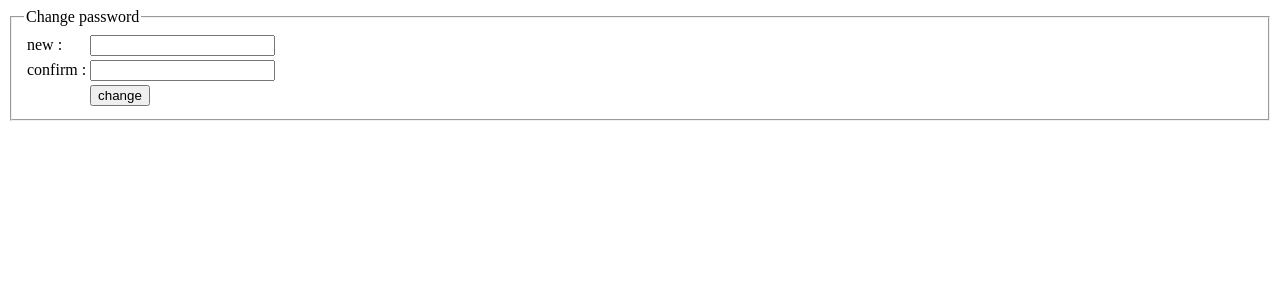
Repository: ashwinibd6697/ust-19sep-ashwinibd
Page: ust-java/empwebapp/WebContent/changepassword.html
An editor plug-in stored every save of this project. The page is shown before and after the next save, followed by the edit.
The browser window is 1280 px wide. The pictures show the whole page.

Above is the page before, as saved 2019-11-15 09:33:11.

After the next save:
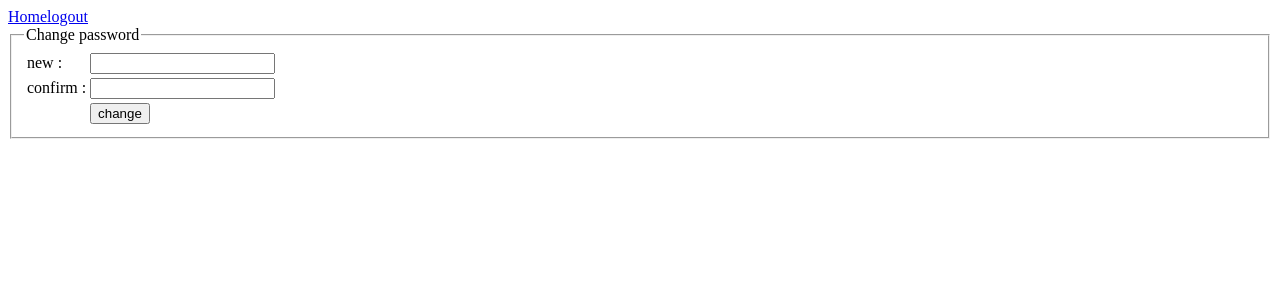
Saved 12 min 22 s later.
--- a/ust-java/empwebapp/WebContent/changepassword.html
+++ b/ust-java/empwebapp/WebContent/changepassword.html
@@ -5,6 +5,7 @@
 <title>Change password</title>
 </head>
 <body>
+<a href="#">Home</a><a href="#">logout</a>
 <fieldset>
 <legend>Change password</legend>
 <form action="">
